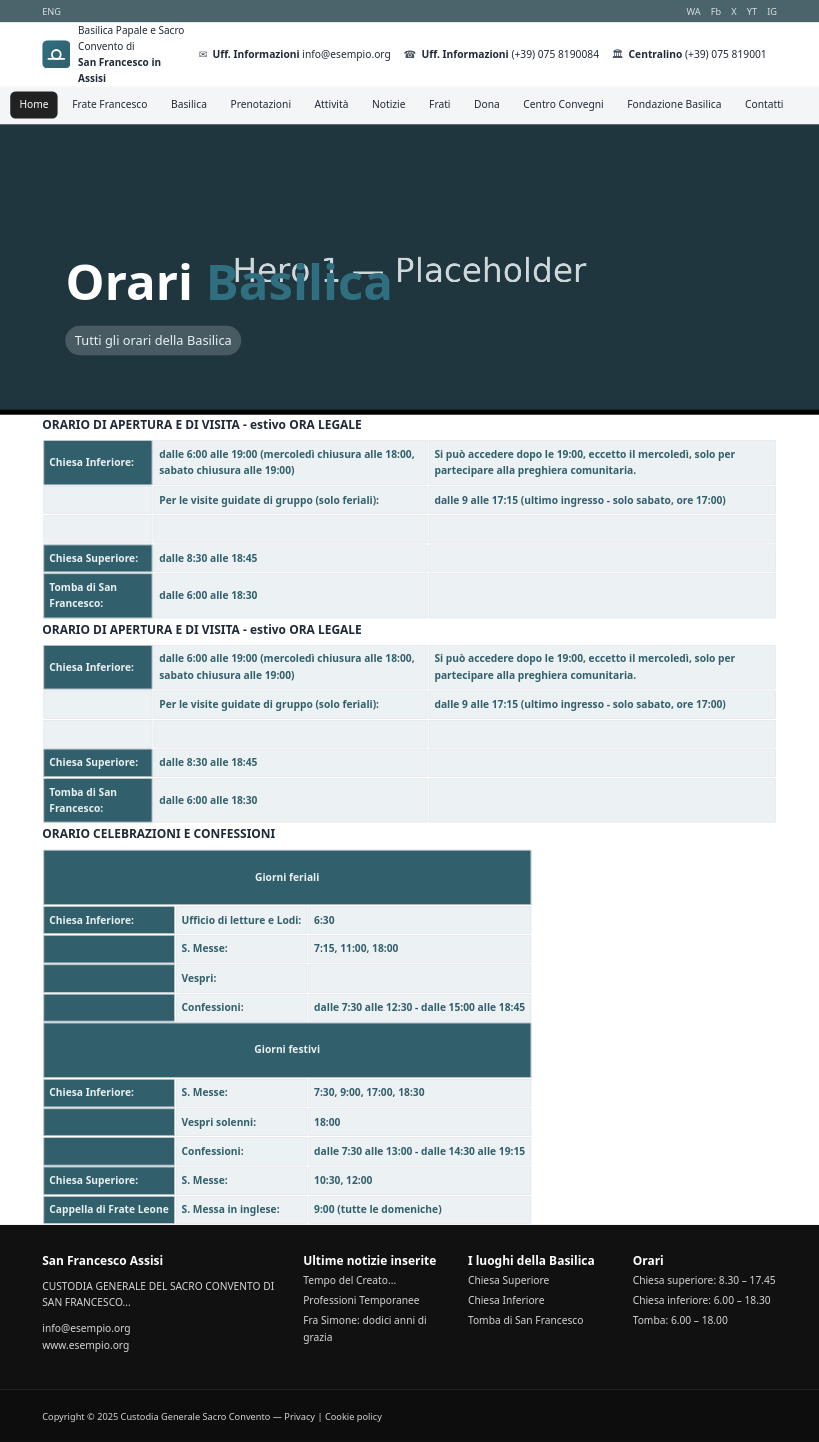
Repository: leacappello/basilica-platform-project
Page: pages/orari.html
The author's editor kept a copy of each file at every save. The page is drawn from the files as they stood at one save, then again after the next save.
The browser window is 1280 px wide. The pictures show the whole page, at 64% of full size.

Above is the page before, as saved 2025-09-15 12:25:10.
Console error (its wording comes from the project's code and is left out).

After the next save:
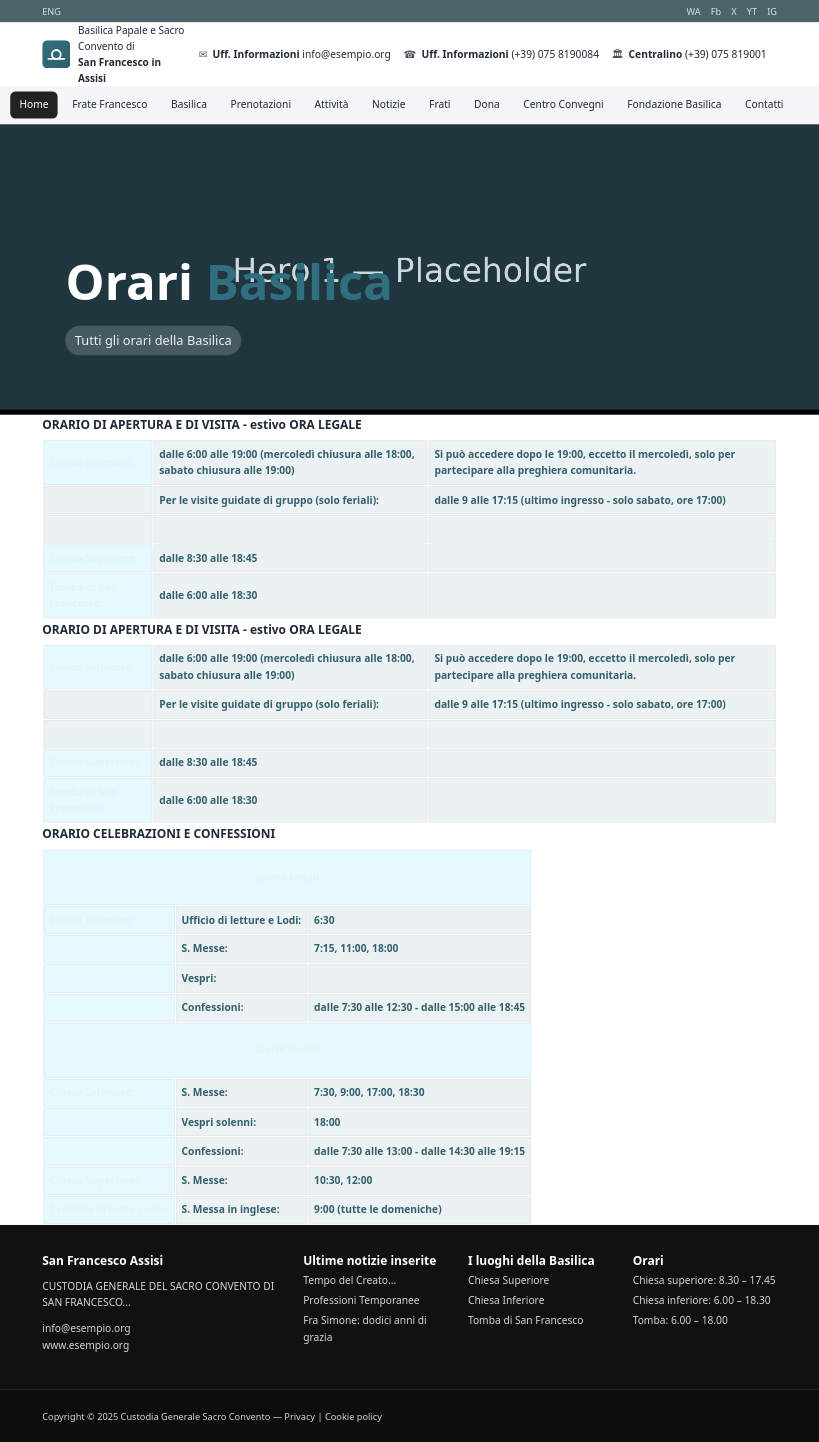
Saved 25 s later.
--- a/assets/styles.css
+++ b/assets/styles.css
@@ -226,7 +226,7 @@ a:hover{text-decoration:underline}
 }
 
 .orari th{
-  background:#315f6b;
+  background:#e4faff;
   color:#e9f1f3;
   font-weight:600;
   text-align:left;
